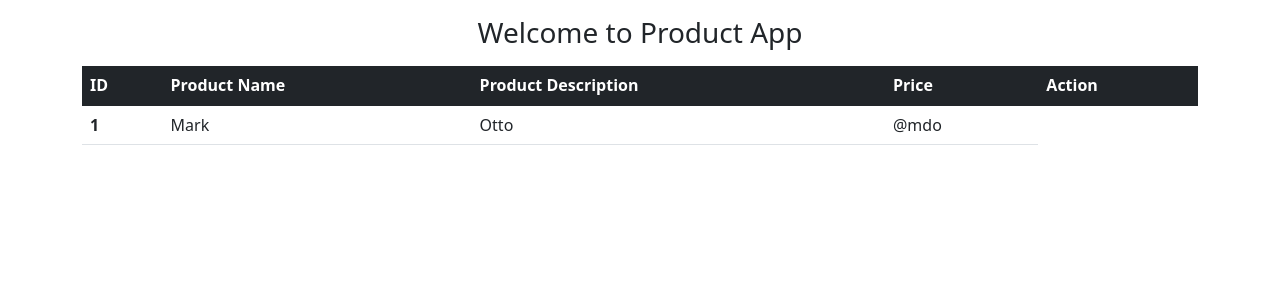
Repository: inurzamal/Spring-MVC-_CRUD-with-Hibernate
Page: http://localhost/product-crud-app/WEB-INF/views/index.jsp
An editor plug-in stored every save of this project. The page is shown before and after the next save, followed by the edit.
The browser window is 1280 px wide. The pictures show the whole page.
The page is served by Tomcat 9. Nobody is signed in. The template is opened directly, without the code that normally fills it, so the values that code supplies are empty.

Above is the page before, as saved 2021-11-21 10:00:36.

After the next save:
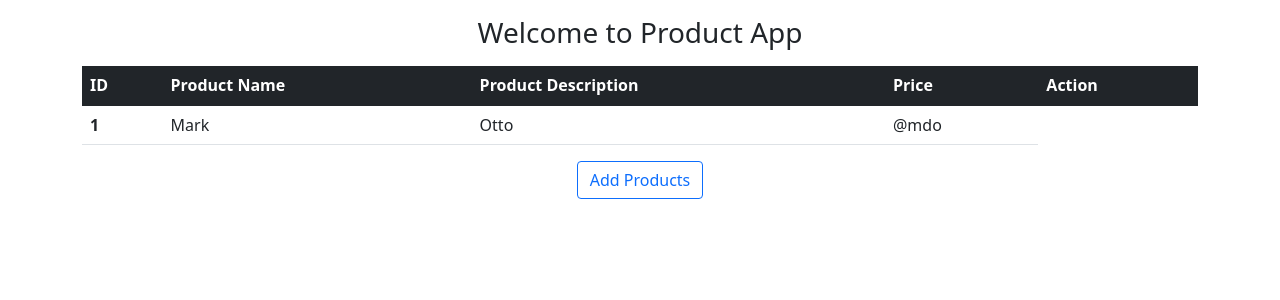
Saved 3 min 45 s later.
--- a/SpringMVC/product-crud-app/src/main/webapp/WEB-INF/views/index.jsp
+++ b/SpringMVC/product-crud-app/src/main/webapp/WEB-INF/views/index.jsp
@@ -32,6 +32,11 @@
 					</tbody>
 				</table>
 
+				<div class="container text-center">
+					<a href="addproducts" class="btn btn-outline-primary">Add Products</a>
+				</div>
+
+
 			</div>
 
 
